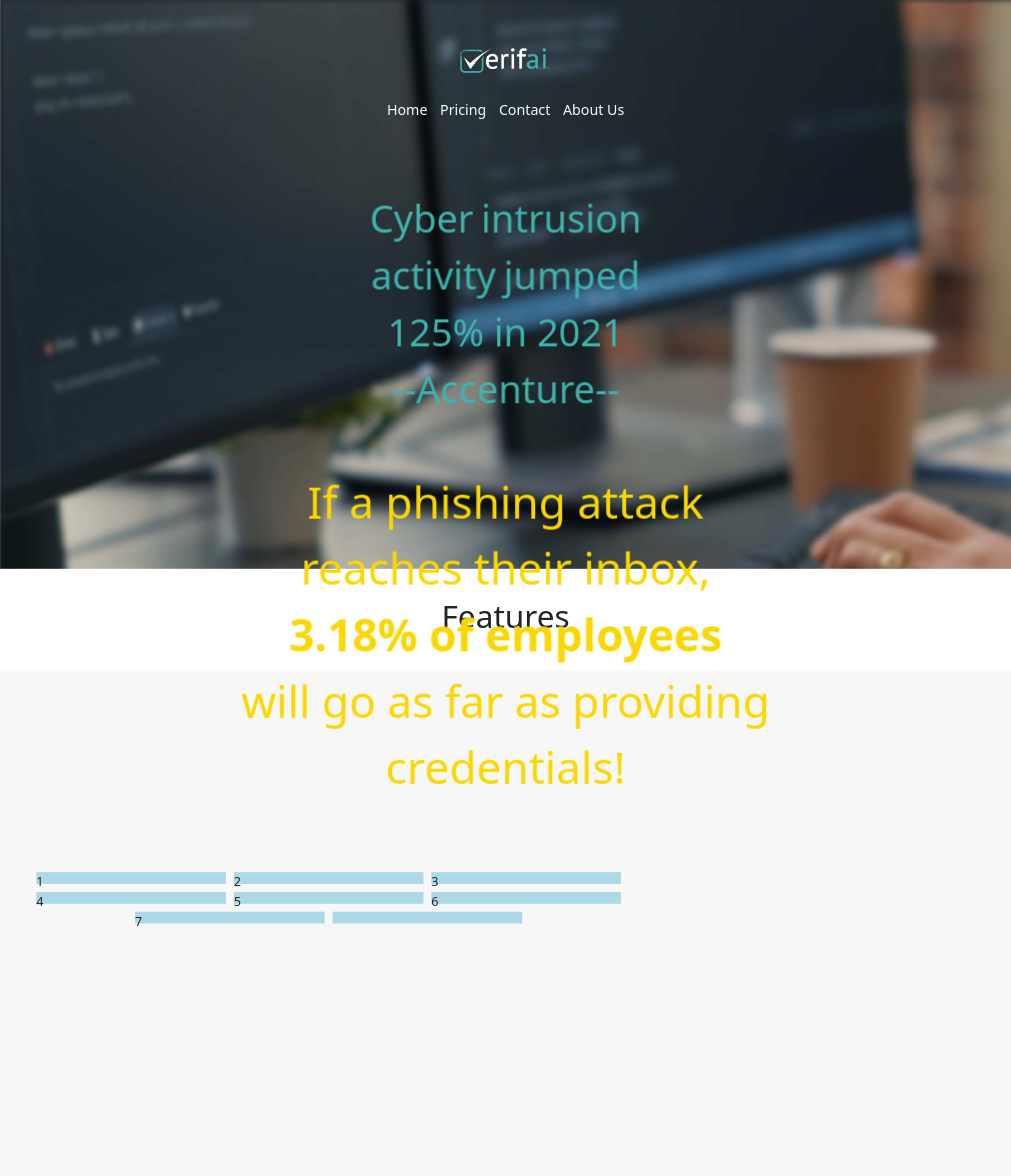
Repository: Ali-VB/verif-website
Page: /
These files come from the project's save history. The page is drawn as it stood at one moment and after the next save; the edit follows.
The browser window is 1280 px wide. The pictures show the whole page, at 79% of full size.
An inner scrolling area shows only its first screen. The project was rebuilt for these pictures with package versions that can differ from the ones it lists, and the page was loaded fresh each time.

Above is the page before, as saved 2022-04-19 10:55:32.

### src/index.css
 body {
  margin: 0;
  padding: 0;
  font-family: -apple-system, BlinkMacSystemFont, 'Segoe UI', 'Roboto', 'Oxygen',
    'Ubuntu', 'Cantarell', 'Fira Sans', 'Droid Sans', 'Helvetica Neue',
    sans-serif;
  -webkit-font-smoothing: antialiased;
  -moz-osx-font-smoothing: grayscale;
}

/* code {
  font-family: source-code-pro, Menlo, Monaco, Consolas, 'Courier New',
    monospace;
}  */

### src/App.js
import React from "react";
import './App.css'
import Navbar from './components/Navbar/Navbar';
import Features from './components/Features/Features'
import Header from './components/Header/Header'


function App() {
  return (
    <div>
      <div className="nav-bg">
        <Navbar />
        <Header />

      </div>
       <Features />
    </div>

  );
}

export default App;

### src/App.css

.nav-bg{
    background-image: url("./Assets/imgs/nav-bg.png");
    height: 100vh;
}

### src/components/Navbar/Navbar.jsx
import React from "react";
import "./Navbar.css";
import verifLogo from "../../Assets/imgs/logo_verif_white.png";
import Header from "../Header/Header";

function Navbar() {
  return (
    <div className="container">
      <div className=" navbar">
        <img className="verif-logo" src={verifLogo} alt="verif-logo" />
        <ul className="navLink">
          <li>Home</li>
          <li>Pricing</li>
          <li>Contact</li>
          <li>About Us</li>
        </ul>
      </div>
    </div>
  );
}

export default Navbar;

### src/components/Features/Features.jsx
import React from "react";
import "./Features.css";
const Features = () => {
  return (
    <div>
      <div className="features-title-section">
        <h1 className="features-title">Features</h1>
      </div>
      <div className="features-section">
        <div className="feature-table">
          <div>1</div>
          <div>2</div>
          <div>3</div>
          <div>4</div>
          <div>5</div>
          <div>6</div>
          <div>7</div>
          <div></div>
        </div>
      </div>
    </div>
  );
};

export default Features;

### src/components/Header/Header.jsx
import React from "react";
import "./Header.css";

export default function Header() {
  return (
    <div className="header-animated">
      <div className="text-first">
        <span className="text-first-span">Cyber</span>
        <span className="text-first-span">intrusion</span>
        <span className="text-first-span">activity</span>
        <span className="text-first-span">jumped</span>
        <span className="text-first-span">125% in 2021</span>
        <span className="text-first-span">--Accenture--</span>
      </div>
      <div className="text-second">
        <span className="text-second-span">If a phishing attack reaches their inbox,</span>
        <span className="text-second-span">3.18% of employees</span>
        <span className="text-second-span">
          will go as far as providing credentials!
        </span>
      </div>
    </div>
  );
}

### src/components/Navbar/Navbar.css

.navbar{
    display: flex;
    flex-direction: column;
    justify-content: center;
    height:10rem;
}
.verif-logo{
    width: 8rem;
    margin-top: 3rem;
}
.verif-logo:hover{
    cursor: pointer;
}
.navLink{
    margin: 0;
    padding:0;
    list-style-type: none;
    display: flex;
    color: azure;
    font-size: 18px;
    gap: 1rem;

}
.navLink:hover{
    cursor: pointer;
}

### src/components/Features/Features.css
.features-title-section{
    height: 8rem;
    display: flex;
    justify-content: center;
    align-items: center;
}
.features-title{

}
.features-section{
    height: 40rem;
    background-color: #f7f7f7;
}
.feature-table{
    display: flex;
    flex-wrap: wrap;
    justify-content: center;
    align-items: center;
    align-content: center;
    width: 65%;
    height: 80vh;
    overflow: auto;
    flex-direction: row;
}
.feature-table div{
    width: 15rem;
    height: 15px;
    margin: 5px;
    background-color: lightblue;
}

### src/components/Header/Header.css
.header-animated{
    overflow-wrap:break-word;
    margin:0 auto;
    padding: 3rem 5rem;
}

.text-first {
    padding: 2rem 2rem;
    color: #40B3AC;
    font-size:3rem;
    width: 40%;
    margin: 0 auto;
    text-align: center;
    transform: scale(0.94);
    animation: scale 2s forwards cubic-bezier(0.5, 1, 0.89, 1);
  }
.text-second {
    padding: 2rem 2rem;
    color: #FAD700;
    font-size:3.5rem;
    width: 70%;
    margin: 0 auto;
    text-align: center;
    transform: scale(0.94);
    animation: scale 3s forwards cubic-bezier(0.5, 1, 0.89, 1);
  }
  @keyframes scale {
    100% {
      transform: scale(1);
    }
  }

  .text-first-span {
    display: inline-block;
    opacity: 0;
    filter: blur(4px);
  }

  .text-first-span:nth-child(1) {
    animation: fade-in 1s 0.1s forwards cubic-bezier(0.11, 0, 0.5, 0);
    margin: 0 0.3rem;
  }

  .text-first-span:nth-child(2) {
    animation: fade-in 1s 0.3s forwards cubic-bezier(0.11, 0, 0.5, 0);
    margin: 0 0.3rem;
  }

  .text-first-span:nth-child(3) {
    animation: fade-in 1s 0.5s forwards cubic-bezier(0.11, 0, 0.5, 0);
    margin: 0 0.3rem;
  }

  .text-first-span:nth-child(4) {
    animation: fade-in 1s 0.7s forwards cubic-bezier(0.11, 0, 0.5, 0);
    margin: 0 0.3rem;
  }

  .text-first-span:nth-child(5) {
    animation: fade-in 1s 0.9s forwards cubic-bezier(0.11, 0, 0.5, 0);
    margin: 0 0.3rem;
  }
  .text-first-span:nth-child(6) {
    animation: fade-in 1s 0.9s forwards cubic-bezier(0.11, 0, 0.5, 0);
    margin: 0 0.3rem;
  }

  .text-second-span {
    display: inline-block;
    opacity: 0;
    filter: blur(4px);
  }

  .text-second-span:nth-child(1) {
    animation: fade-in 1.2s 2.2s forwards cubic-bezier(0.11, 0, 0.5, 0);
    margin: 0 0.3rem;
  }

  .text-second-span:nth-child(2) {
    animation: fade-in 1.8s 2.6s forwards cubic-bezier(0.11, 0, 0.5, 0);
    margin: 0 0.3rem;
    font-weight: bolder;
  }

  .text-second-span:nth-child(3) {
    animation: fade-in 1.2s 3.6s forwards cubic-bezier(0.11, 0, 0.5, 0);
    margin: 0 0.3rem;
  }


  @keyframes fade-in {
    100% {
      opacity: 1;
      filter: blur(0);
    }
  }

  @media only screen and (max-width: 992px) {
    .text-first {
        margin-top: 3rem;
        margin-bottom: 2rem;
        padding: 0.1rem 0.1rem;
        width: 90%;
        font-size:3.5rem;


      }
      .text-second {
        padding: 0.1rem 0.1rem;
        width: 90%;
        font-size:4rem;

      }
  }

  @media only screen and (max-width: 768px) {
    .text-first {
        margin-top: 4.5rem;
        margin-bottom: 3rem;
        padding: 0.1rem 0.1rem;
        width: 90%;
        font-size:1.5rem;


      }
    .text-second {
        padding: 0.1rem 0.1rem;
        width: 90%;
        font-size:2.1rem;

      }
  }

Loaded but not shown: public/index.html (common file); src/index.js (common file); src/reportWebVitals.js (common file)

After the next save:
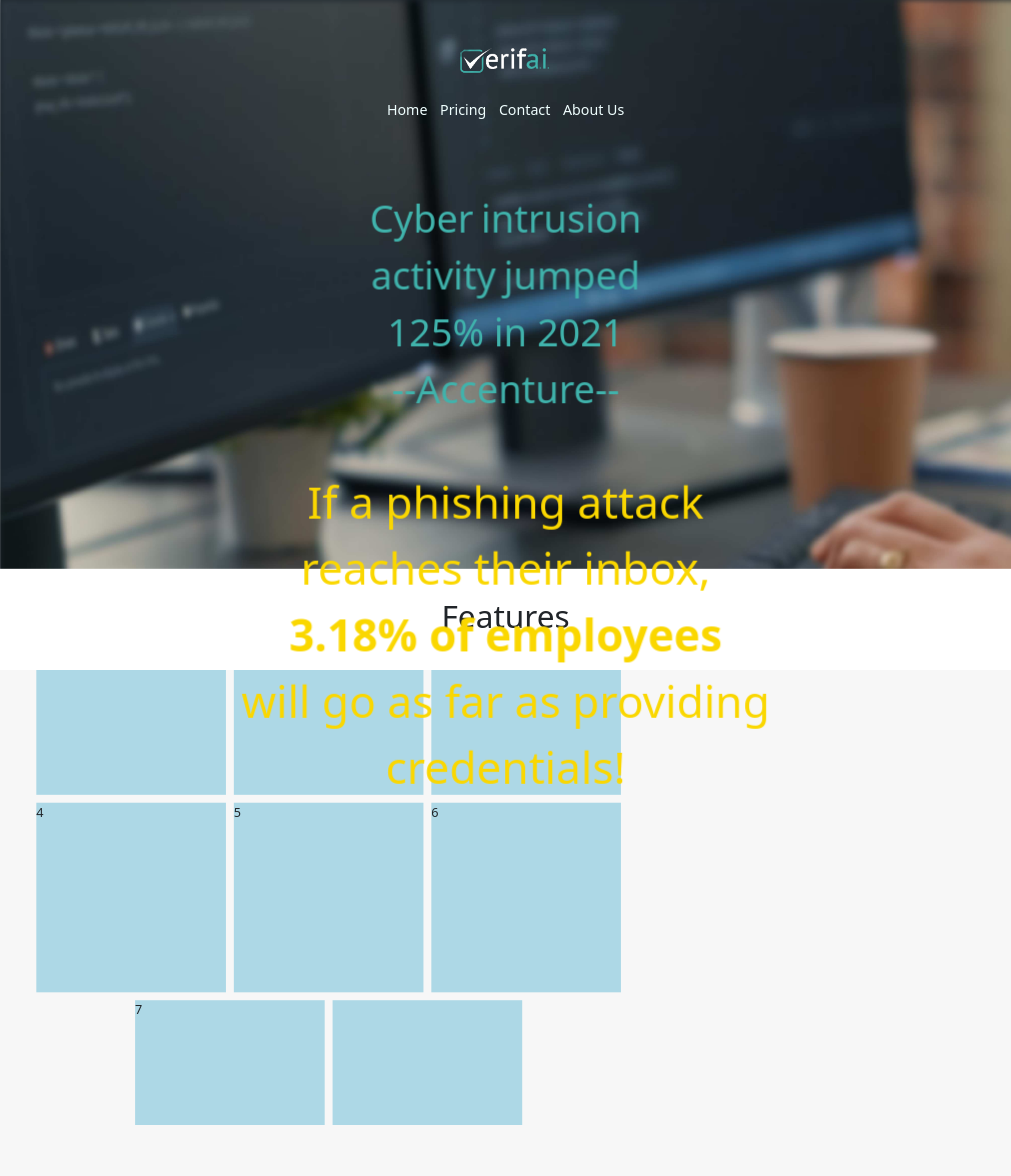
Saved 6 s later.
--- a/src/components/Features/Features.css
+++ b/src/components/Features/Features.css
@@ -24,7 +24,7 @@
 }
 .feature-table div{
     width: 15rem;
-    height: 15px;
+    height: 15rem;
     margin: 5px;
     background-color: lightblue;
 }
